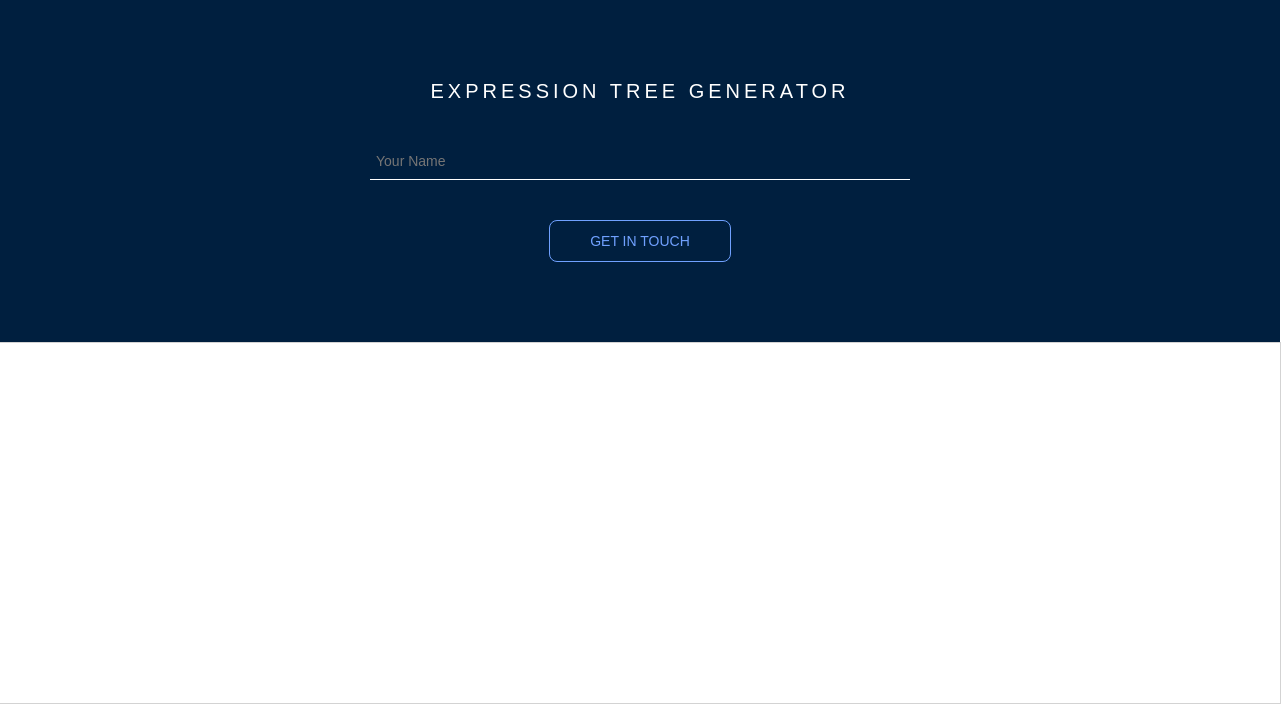
Repository: lnogueir/expression-tree-gen
Page: index.html
The author's editor kept a copy of each file at every save. The page is drawn from the files as they stood at one save, then again after the next save.
The browser window is 1280 px wide. The page is 1281 px wide, then 1280 px, so the pictures cover 1281 px, including what lies to the right of the window. The pictures show the whole page.

Above is the page before, as saved 2020-03-15 19:18:25.

### index.html
<!DOCTYPE html>
<html lang="en">

<head>
    <meta charset="UTF-8">
    <meta name="viewport" content="width=device-width, initial-scale=1.0">
    <title>Canvas</title>
    <link rel="stylesheet" href="app.css">
</head>

<body>

    <div class="contact-section">
        <div class="inner-width">
          <h1>Expression Tree Generator</h1>
          <input type="text" class="name" id = 'expression-input' placeholder="Your Name">
          <button id="generate-tree">Get in touch</button>
        </div>
      </div>

    <div id="canvas-container">
        <canvas></canvas>
    </div>

    <div class="ending-section">

    </div>

</body>
<script src="https://ajax.googleapis.com/ajax/libs/jquery/3.4.1/jquery.min.js"></script>
<script src="https://cdnjs.cloudflare.com/ajax/libs/mathjs/6.6.1/math.min.js"></script>
<script src="tree.js"></script>
<script src="infixToPostfix.js"></script>
<script src="canvas.js"></script>

</html>

### app.css
*{
    margin: 0;
    padding: 0;
    box-sizing: border-box;
    font-family: "montserrat",sans-serif;
  }
  .contact-section{
    background: #001f3f;
    padding: 80px 0;
    text-align: center;
  }

  .inner-width{
    max-width: 600px;
    margin: auto;
    padding: 0 20px;
  }

  .contact-section h1{
    font-size: 20px;
    color: #FFF;
    margin-bottom: 40px;
    text-transform: uppercase;
    letter-spacing: 4px;
    font-weight: 400;
  }

  .name,.email,.message{
    background: none;
    border:none;
    outline: none;
    border-bottom: 1px solid;
    color: #FFF;
    padding: 10px 6px;
    font-size: 14px;
    margin-bottom: 40px;
  }

  .name{
    float: center;
    width: 540px;
  }

  .contact-section button{
      outline: none;
    background: none;
    color: #70a1ff;
    border: 1px solid #70a1ff;
    padding: 12px 40px;
    border-radius: 8px;
    text-transform: uppercase;
    font-size: 14px;
    transition: 0.4s linear;
    cursor: pointer;
  }

  .contact-section button:hover{
    background: #70a1ff;
    color: #fff;
  }

  .ending-section{
      z-index: 10;
      bottom: 0;
      position: absolute;
    background: #001f3f;
    padding: 80px 0;
    text-align: center;
  }


  @media screen and (max-width:600px){
    .name,.email{
      width: 100%;
    }
  }

#canvas-container{
    outline: none;
    border: none;
    display: flex;
    flex-direction: column;
    align-items: center;
    margin: auto;
    height: 50vh;
    width: 100vw;
    background: #FFF;
}

canvas{
    border: 1px solid lightgray;
}

### tree.js
function Node(value) {
    const radius = 32.5
    this.value = value;
    this.x = null;
    this.y = null;
    this.right = null;
    this.left = null;

    this.isLeaf = () => this.right == null && this.left == null;

    this.drawEdge = function (context, x, y, left_way) {
        context.strokeStyle = 'gray';
        context.beginPath()
        const x_y_ratio = Math.abs(this.y - y) / Math.abs(this.x - x)
        const w = radius * Math.sqrt(1 / (1 + Math.pow(x_y_ratio, 2)))
        const d = x_y_ratio * w
        if (left_way) {
            context.moveTo(this.x - w, this.y + d)
            context.lineTo(x + w, y - d)
        } else {
            context.moveTo(this.x + w, this.y + d)
            context.lineTo(x - w, y - d)
        }

        context.stroke()
    }

    this.draw = function (context) {
        context.beginPath()
        context.arc(this.x, this.y, radius, 0, Math.PI * 2, false)
        context.fillStyle = 'rgba(255, 255, 255, 0.5)'
        context.fill()
        context.strokeStyle = 'black'
        context.stroke()
        context.font = '25px Times New Roman'
        context.textAlign = 'center'
        context.textBaseline = 'middle'
        context.fillStyle = "black";
        context.fillText(this.value, this.x, this.y);
    }
}

function constructTree(postfix) {
    const OPERATORS = ['*', '/', '-', '+']
    var stack = []
    var root = null;
    var current;
    var shift = false;
    for (var i = postfix.length - 1; i >= 0; i--) {
        if (null === root) {
            current = new Node(postfix[i]);
            root = current;
        } else {
            if (shift) {
                current.left = new Node(postfix[i])
                current = current.left
                shift = false
            } else {
                current.right = new Node(postfix[i])
                current = current.right
            }
        }
        if (OPERATORS.includes(postfix[i])) {
            stack.push(current);
        } else {
            current = stack.pop();
            shift = true
        }
    }
    return root;
}

function getSize(root) {
    var size = 0
    function countSize(root) {
        if (null != root) {
            size++;
            countSize(root.left)
            countSize(root.right)
        }
    }
    countSize(root);
    return size;
}

function print_coords(root) {
    if (null != root) {
        print_coords(root.left)
        console.log(root.value, root.x, root.y)
        print_coords(root.right)
    }
}

function setCoordinates(root) {
    var i = 0
    const OFFSET = 50
    const size = getSize(root)
    const canvas_mid_point = window.innerWidth / 2;
    function setCoordinates(subt, depth) {
        if (null != subt) {
            setCoordinates(subt.left, depth + 1)
            subt.x = canvas_mid_point + (OFFSET * (i - size / 2))
            subt.y = OFFSET + (depth * 1.5 * OFFSET)
            i++
            setCoordinates(subt.right, depth + 1)
        }
    }
    setCoordinates(root, 0)
}

function drawTree(root, context) {
    if (null != root) {
        root.draw(context)
        if (null != root.left) {
            root.drawEdge(context, root.left.x, root.left.y, true);
        }
        drawTree(root.left, context)
        if (null != root.right) {
            root.drawEdge(context, root.right.x, root.right.y, false)
        }
        drawTree(root.right, context)
    }
}

### infixToPostfix.js
function isBracketed(expr) {
  var stack = []
  for (var i = 0; i < expr.length; i++) {
    if ('(' === expr[i]) {
      stack.push('(')
    } else if (')' === expr[i]) {
      stack.pop()
      if (stack.length === 0) {
        if (i !== expr.length - 1) {
          return false
        } else {
          return true
        }
      }
    }
  }
  return false;
}

function isValidExpression(expr) {
  if (expr.length < 3) {
    return false;
  }
  for (var i = 0; i < expr.length; i++) {
    if ('abcdefghijklmnopqrstuvwxyz*()/+-'.indexOf(expr[i]) === -1) {
      return false;
    }
  }
  try {
    while ("(" === expr[0] && ")" === expr[expr.length - 1]) {
      if (isBracketed(expr)) {
        expr = expr.substring(1, expr.length - 1);
      } else break;
    }
    var res = math.parse(expr);
    if ((typeof res.implicit === 'undefined') || res.fn.indexOf('unary') !== -1) {
      return false;
    }
    return true;
  }
  catch (ex) {
    return false;
  }
}

function infixToPostfix(expression) {
  if (!isValidExpression(expression)) {
    return null;
  }
  const prec = { "*": 3, "/": 3, "-": 2, "+": 2, "(": 1 }
  op_stack = []
  postfixList = []
  tokens = expression.split('')
  for (const token of tokens) {
    if ("abcdefghijklmnopqrstuvwxyz".indexOf(token) !== -1) {
      postfixList.push(token)
    } else if ("(" === token) {
      op_stack.push(token)
    } else if (")" === token) {
      var top_op_token = op_stack.pop()
      while (top_op_token !== '(') {
        postfixList.push(top_op_token)
        top_op_token = op_stack.pop()
      }
    } else {
      var peek_elem = op_stack.slice(-1)[0];
      while (op_stack.length > 0 && (prec[peek_elem] >= prec[token])) {
        postfixList.push(op_stack.pop())
        peek_elem = op_stack.slice(-1)[0];
      }
      op_stack.push(token)
    }
  }
  while (op_stack.length > 0) {
    postfixList.push(op_stack.pop())
  }
  return postfixList
}

### canvas.js
var canvas = document.querySelector('canvas')

canvas.height = document.getElementById('canvas-container').offsetHeight;
canvas.width = document.getElementById('canvas-container').offsetWidth;

var c = canvas.getContext('2d')

$('#generate-tree').click(() => {
    var expression = $('#expression-input').val()
    if (typeof expression !== 'undefined' && null != expression) {
        expression = expression.replace(/\s+/g, '')
        expression = expression.toLowerCase()
        var postfix = infixToPostfix(expression);
        if (null !== postfix) {
            var root = constructTree(postfix)
            setCoordinates(root)
            c.clearRect(0, 0, canvas.width, canvas.height);
            drawTree(root, c)
        } else {
            alert('Enter valid expression')
        }

    } else {
        alert('Enter valid expression')
    }
})

After the next save:
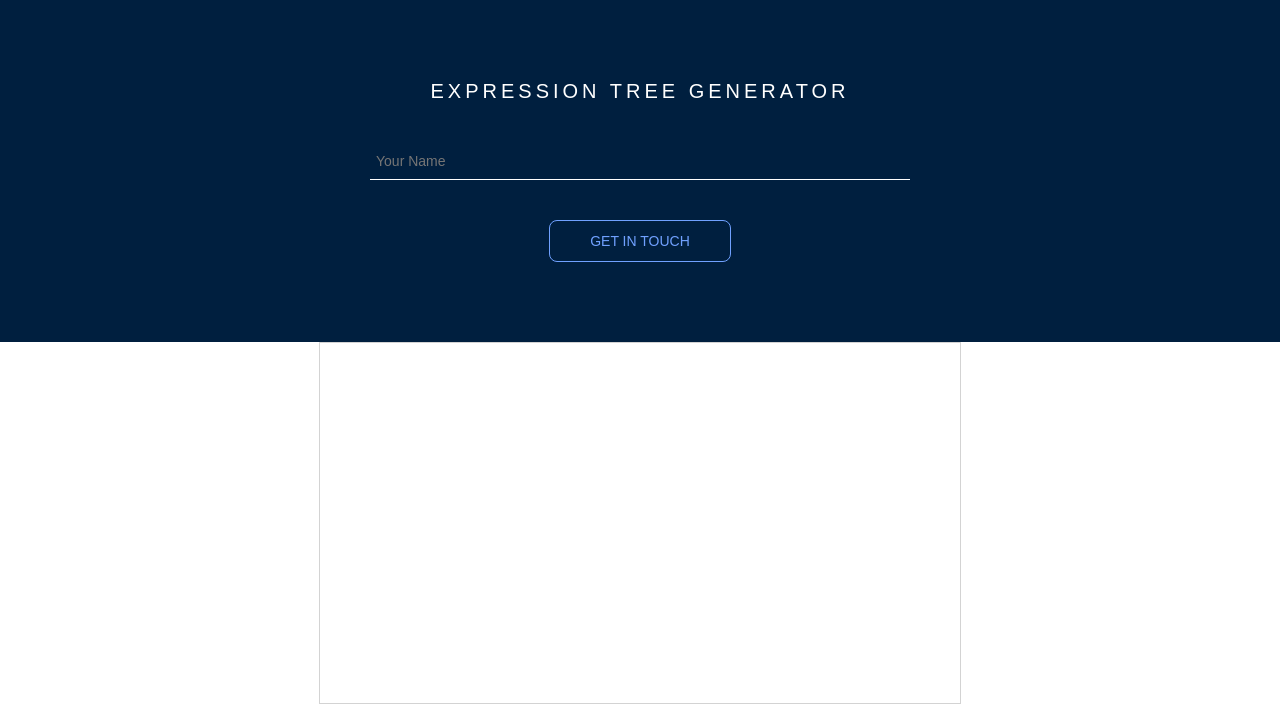
Saved 6 s later.
--- a/app.css
+++ b/app.css
@@ -83,7 +83,7 @@
     align-items: center;
     margin: auto;
     height: 50vh;
-    width: 100vw;
+    width: 50vw;
     background: #FFF;
 }
 
